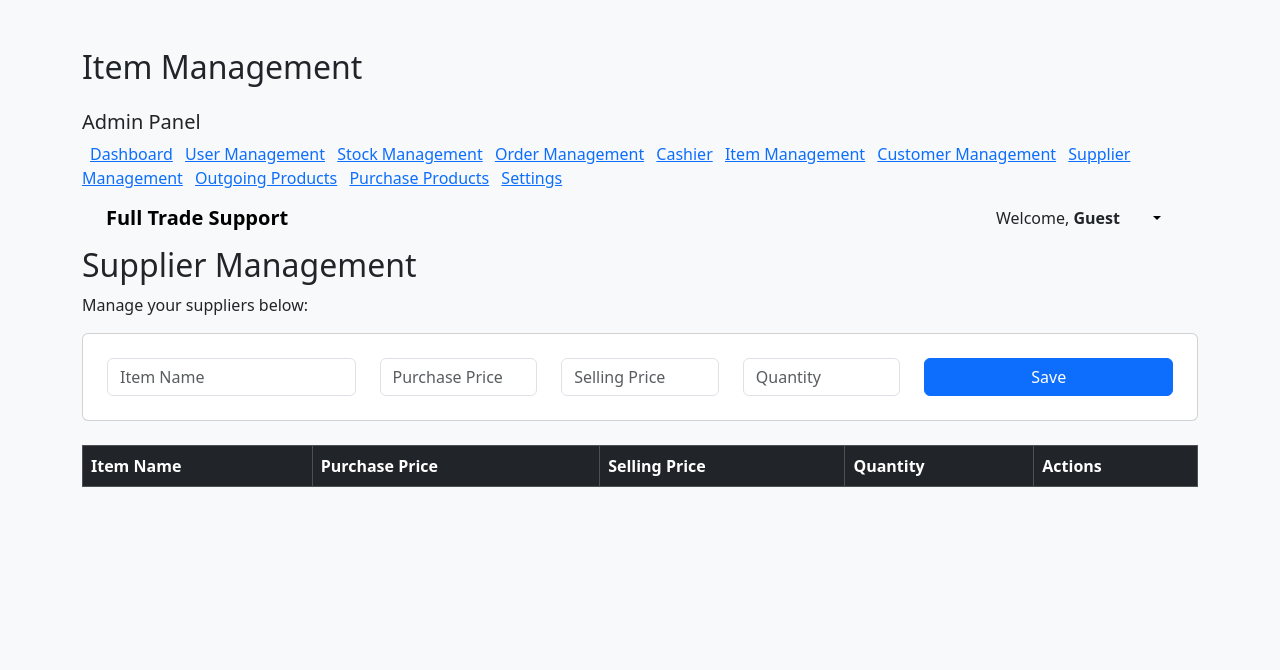
Repository: LakviduUpasara/onlineSparePartsManagementSystem
Page: http://localhost/Spare_parts_Management_Systems/Stock_manager/Stock_details.jsp
The author's editor kept a copy of each file at every save. The page is drawn from the files as they stood at one save, then again after the next save.
The browser window is 1280 px wide. The pictures show the whole page.
The page is served by Tomcat 9. Other server files are loaded and not shown. The template is opened directly, without the code that normally fills it, so the values that code supplies are empty.

Above is the page before, as saved 2025-05-14 07:24:26.

### Project/Project/Spare_parts_Management_Systems/src/main/webapp/Stock_manager/Stock_details.jsp
<%@ page import="java.util.*, com.spareparts.model.DetailsModel" %>
<%@ taglib uri="http://java.sun.com/jsp/jstl/core" prefix="c" %>
<!DOCTYPE html>
<html>
<head>
    <title>Item Management</title>
    <link href="https://cdn.jsdelivr.net/npm/bootstrap@5.3.3/dist/css/bootstrap.min.css" rel="stylesheet">
</head>
<body class="bg-light">
<div class="container mt-5">
    <h2 class="mb-4">Item Management</h2>


    <!-- Sidebar -->
  <div class="sidebar">
    <h5>Admin Panel</h5>
    <a href="dashboard.jsp"><i class="fas fa-chart-line me-2"></i> Dashboard</a>
    <a href="GetAllServlet"><i class="fas fa-users me-2"></i>User Management</a>
    <a href="#"><i class="fas fa-boxes me-2"></i>Stock Management</a>
    <a href="#"><i class="fas fa-shopping-cart me-2"></i>Order Management</a>
    <a href="#"><i class="fas fa-cash-register me-2"></i>Cashier</a>
    <a href="#"><i class="fas fa-box me-2"></i>Item Management</a>
    <a href="#"><i class="fas fa-user-friends me-2"></i>Customer Management</a>
    <a href="supplier-list"><i class="fas fa-truck me-2"></i>Supplier Management</a>
    <a href="#"><i class="fas fa-arrow-up-right-from-square me-2"></i>Outgoing Products</a>
    <a href="#"><i class="fas fa-arrow-down-to-line me-2"></i>Purchase Products</a>
    <a href="#" data-bs-toggle="collapse" data-bs-target="#settingsMenu"><i class="fas fa-gear me-2"></i>Settings</a>
    <div class="collapse ms-3" id="settingsMenu">
      <a href="${pageContext.request.contextPath}/profile.jsp" class="d-block mt-1"><i class="fas fa-id-badge me-2"></i>Profile Settings</a>
      <a href="${pageContext.request.contextPath}/profile.jsp" class="d-block mt-1"><i class="fas fa-lock me-2"></i>Change Password</a>
      <a href="#" class="d-block mt-1"><i class="fas fa-sliders-h me-2"></i>System Preferences</a>
    </div>
  </div>

  <!-- Main Content -->
  <div class="main-content w-100">
    <nav class="navbar navbar-expand-lg navbar-light px-4">
      <a class="navbar-brand fw-bold" href="#">Full Trade Support</a>
      <div class="ms-auto d-flex align-items-center">
        <span class="me-3">
          Welcome, <strong><%= session.getAttribute("userName") != null ? session.getAttribute("userName") : "Guest" %></strong>
        </span>
        <div class="dropdown">
          <a class="btn btn-light dropdown-toggle" href="#" role="button" data-bs-toggle="dropdown">
            <i class="fas fa-user-circle fa-lg"></i>
          </a>
          <ul class="dropdown-menu dropdown-menu-end">
            <li><a class="dropdown-item" href="${pageContext.request.contextPath}/profile.jsp"><i class="fas fa-id-badge me-2"></i>Profile</a></li>
            <li><a class="dropdown-item" href="#"><i class="fas fa-cogs me-2"></i>Settings</a></li>
            <li><hr class="dropdown-divider"></li>
            <li><a class="dropdown-item text-danger" href="${pageContext.request.contextPath}/LogoutServlet"><i class="fas fa-sign-out-alt me-2"></i>Logout</a></li>
          </ul>
        </div>
      </div>
    </nav>

    <!-- Supplier Management Section -->
    <div class="dashboard-content">
      <h2>Supplier Management</h2>
      <p>Manage your suppliers below:</p>

    <form method="post" action="DetailsController" class="card p-4 mb-4">
        <input type="hidden" name="itemId" value="${editItem.itemId}" />
        <div class="row">
            <div class="col-md-3">
                <input type="text" class="form-control" name="itemName" value="${editItem.itemName}" placeholder="Item Name" required>
            </div>
            <div class="col-md-2">
                <input type="number" step="0.01" class="form-control" name="purchasePrice" value="${editItem.purchasePrice}" placeholder="Purchase Price" required>
            </div>
            <div class="col-md-2">
                <input type="number" step="0.01" class="form-control" name="sellingPrice" value="${editItem.sellingPrice}" placeholder="Selling Price" required>
            </div>
            <div class="col-md-2">
                <input type="number" class="form-control" name="quantity" value="${editItem.quantity}" placeholder="Quantity" required>
            </div>
            <div class="col-md-3">
                <button type="submit" class="btn btn-primary w-100">Save</button>
            </div>
        </div>
    </form>

    <table class="table table-bordered table-hover bg-white">
        <thead class="table-dark">
            <tr>
                <th>Item Name</th>
                <th>Purchase Price</th>
                <th>Selling Price</th>
                <th>Quantity</th>
                <th>Actions</th>
            </tr>
        </thead>
        <tbody>
            <c:forEach var="item" items="${itemList}">
                <tr>
                    <td>${item.itemName}</td>
                    <td>${item.purchasePrice}</td>
                    <td>${item.sellingPrice}</td>
                    <td>${item.quantity}</td>
                    <td>
                        <a href="DetailsController?action=edit&id=${item.itemId}" class="btn btn-sm btn-warning">Edit</a>
                        <a href="DetailsController?action=delete&id=${item.itemId}" class="btn btn-sm btn-danger" onclick="return confirm('Delete this item?')">Delete</a>
                    </td>
                </tr>
            </c:forEach>
        </tbody>
    </table>
</div>
</body>
</html>

After the next save:
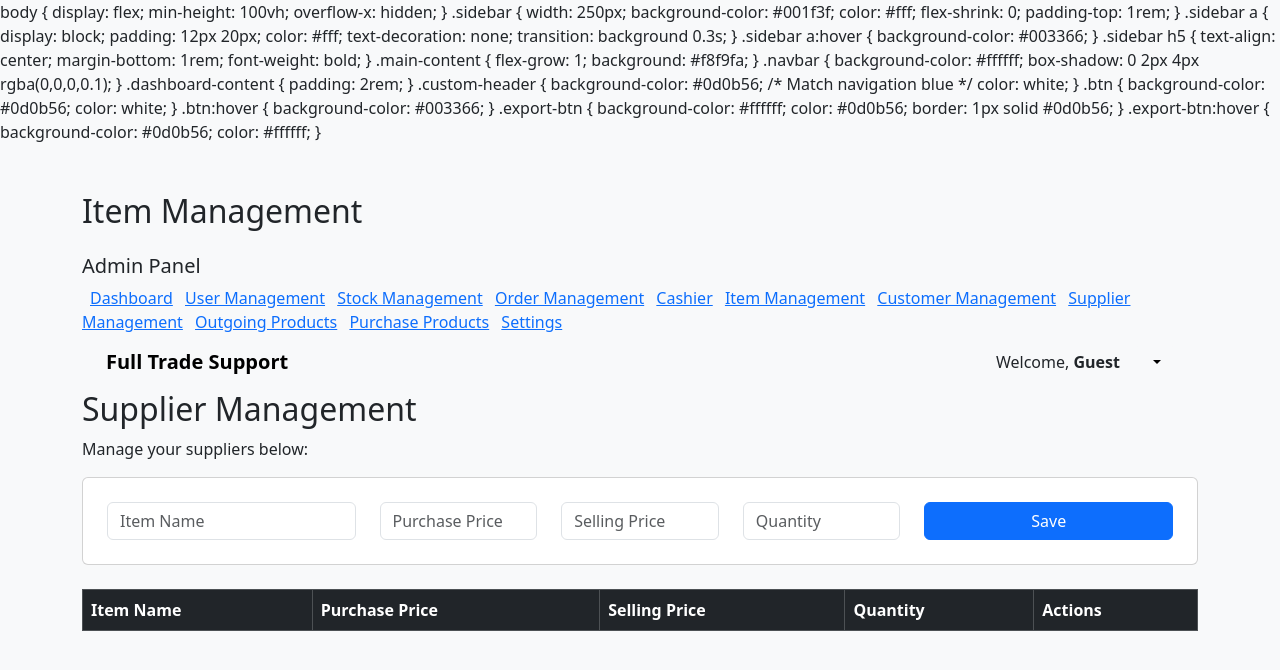
Saved 45 s later.
--- a/Project/Project/Spare_parts_Management_Systems/src/main/webapp/Stock_manager/Stock_details.jsp
+++ b/Project/Project/Spare_parts_Management_Systems/src/main/webapp/Stock_manager/Stock_details.jsp
@@ -5,7 +5,69 @@
 <head>
     <title>Item Management</title>
     <link href="https://cdn.jsdelivr.net/npm/bootstrap@5.3.3/dist/css/bootstrap.min.css" rel="stylesheet">
+
+
+        body {
+      display: flex;
+      min-height: 100vh;
+      overflow-x: hidden;
+    }
+    .sidebar {
+      width: 250px;
+      background-color: #001f3f;
+      color: #fff;
+      flex-shrink: 0;
+      padding-top: 1rem;
+    }
+    .sidebar a {
+      display: block;
+      padding: 12px 20px;
+      color: #fff;
+      text-decoration: none;
+      transition: background 0.3s;
+    }
+    .sidebar a:hover {
+      background-color: #003366;
+    }
+    .sidebar h5 {
+      text-align: center;
+      margin-bottom: 1rem;
+      font-weight: bold;
+    }
+    .main-content {
+      flex-grow: 1;
+      background: #f8f9fa;
+    }
+    .navbar {
+      background-color: #ffffff;
+      box-shadow: 0 2px 4px rgba(0,0,0,0.1);
+    }
+    .dashboard-content {
+      padding: 2rem;
+    }
+    .custom-header {
+      background-color: #0d0b56; /* Match navigation blue */
+      color: white;
+    }
+    .btn {
+      background-color: #0d0b56;
+      color: white;
+    }
+    .btn:hover {
+      background-color: #003366;
+    }
+    .export-btn {
+      background-color: #ffffff;
+      color: #0d0b56;
+      border: 1px solid #0d0b56;
+    }
+    .export-btn:hover {
+      background-color: #0d0b56;
+      color: #ffffff;
+    }
 </head>
+
+
 <body class="bg-light">
 <div class="container mt-5">
     <h2 class="mb-4">Item Management</h2>
